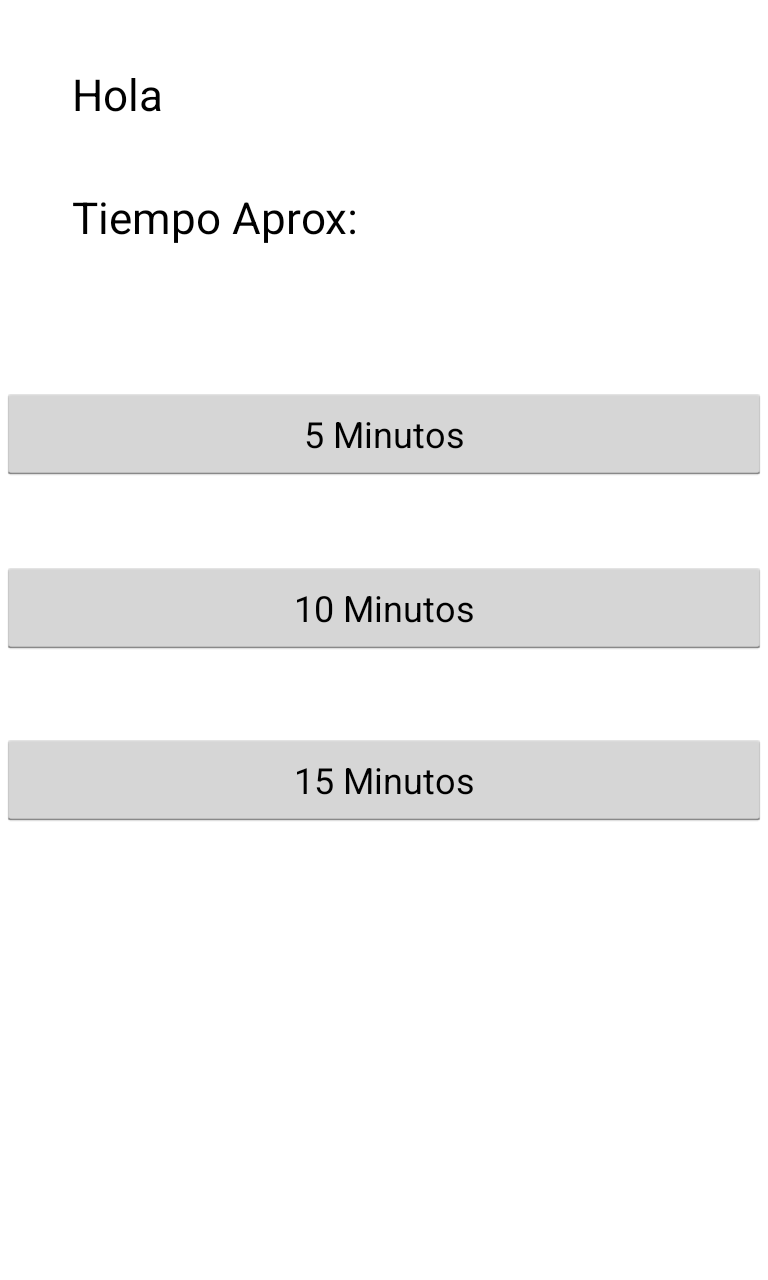
Repository: fernandohur/moviles
Layout: ClienteTaxi/res/layout/activity_confirmar_servicio.xml
These files come from the project's save history. The layout is drawn as it stood at one moment and after the next save; the edit follows.
It is drawn on a 768 x 1280 px phone screen (xhdpi) without system bars, with theme AppTheme; the app's code is not run.

Above is the layout before, as saved 2013-03-09 23:14:55.

After the next save:
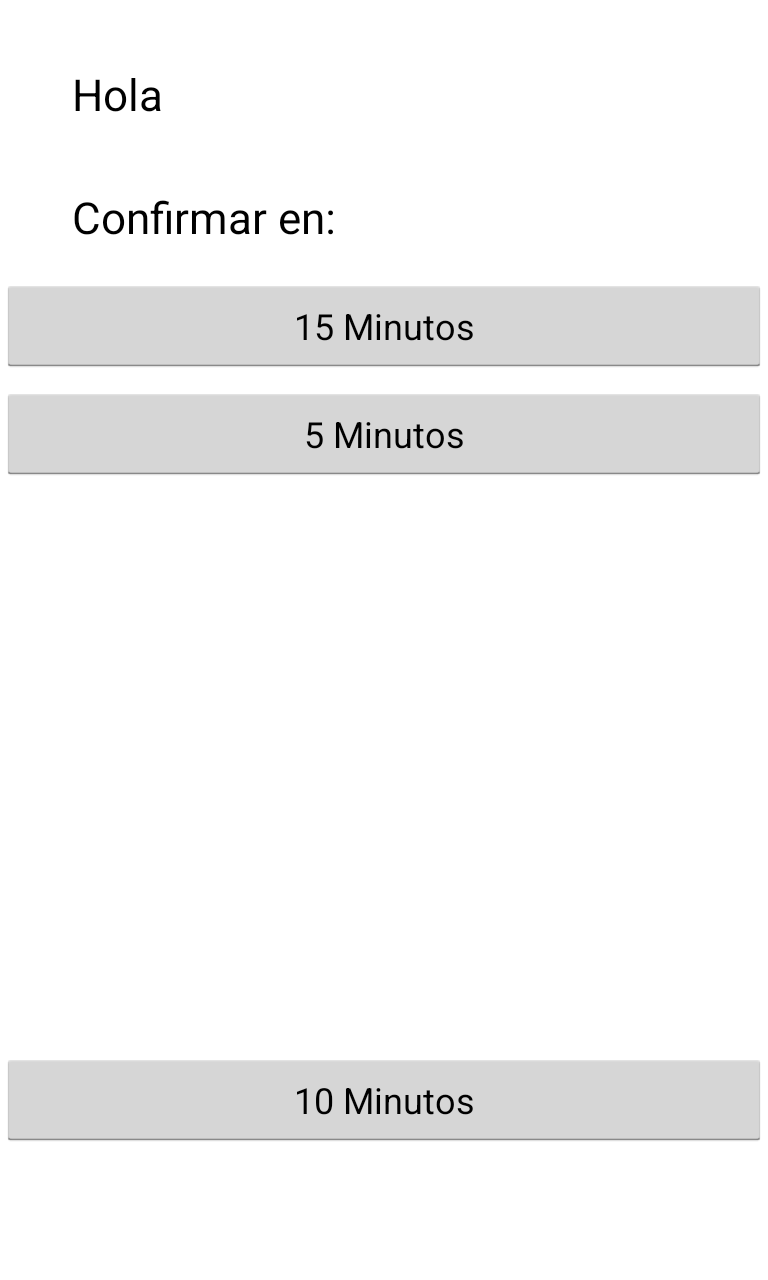
Saved 85 s later.
--- a/ClienteTaxi/res/layout/activity_confirmar_servicio.xml
+++ b/ClienteTaxi/res/layout/activity_confirmar_servicio.xml
@@ -11,7 +11,7 @@
         android:layout_alignLeft="@+id/txtMessageConf"
         android:layout_below="@+id/txtMessageConf"
         android:layout_marginTop="32dp"
-        android:text="Tiempo Aprox:"
+        android:text="Confirmar en:"
         android:textAppearance="?android:attr/textAppearanceLarge" />
 
     <TextView
@@ -36,23 +36,23 @@
         android:text="5 Minutos" />
 
     <Button
-        android:id="@+id/button2"
-        android:layout_width="wrap_content"
-        android:layout_height="wrap_content"
-        android:layout_alignParentLeft="true"
-        android:layout_alignParentRight="true"
-        android:layout_below="@+id/button1"
-        android:layout_marginTop="39dp"
-        android:text="10 Minutos" />
-
-    <Button
         android:id="@+id/button3"
         android:layout_width="wrap_content"
         android:layout_height="wrap_content"
         android:layout_alignParentLeft="true"
         android:layout_alignParentRight="true"
-        android:layout_below="@+id/button2"
-        android:layout_marginTop="38dp"
+        android:layout_below="@+id/TextView01"
+        android:layout_marginTop="16dp"
         android:text="15 Minutos" />
 
+    <Button
+        android:id="@+id/button2"
+        android:layout_width="wrap_content"
+        android:layout_height="wrap_content"
+        android:layout_alignParentBottom="true"
+        android:layout_alignParentLeft="true"
+        android:layout_alignParentRight="true"
+        android:layout_marginBottom="66dp"
+        android:text="10 Minutos" />
+
 </RelativeLayout>
